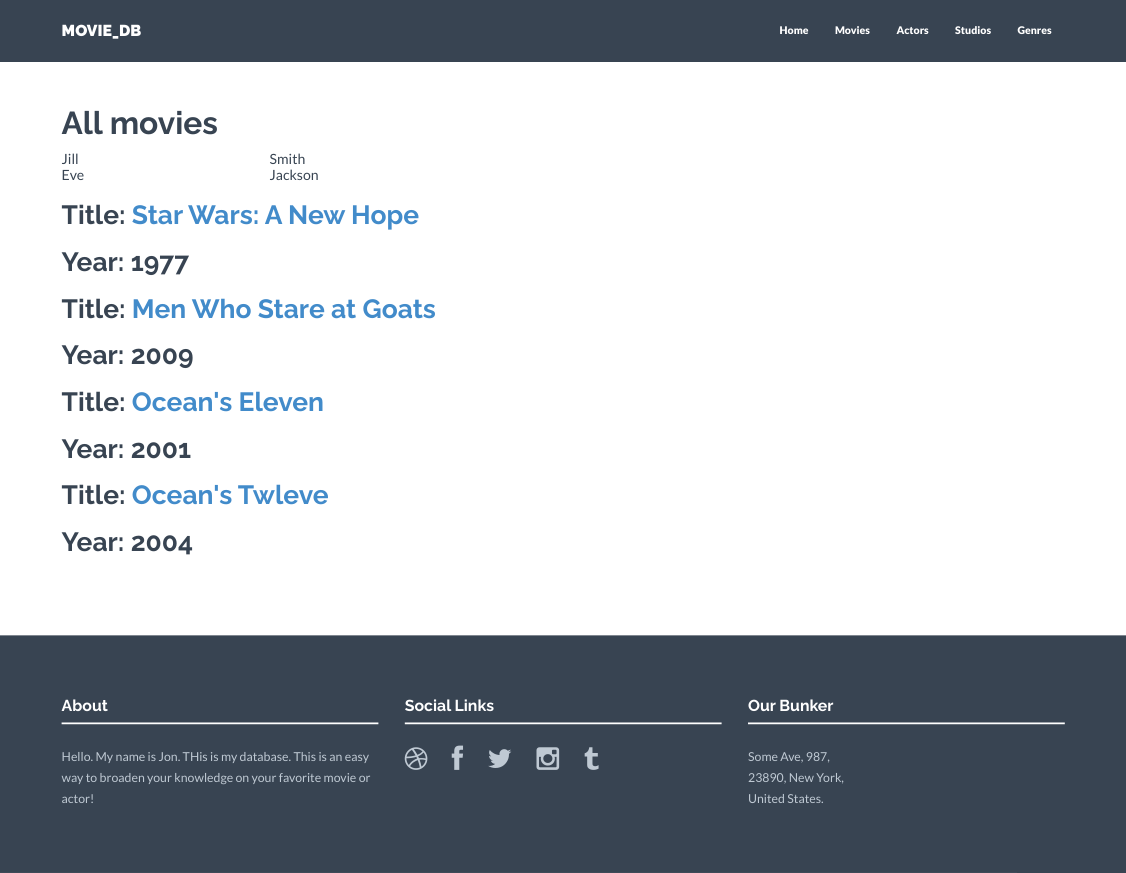
Repository: jonak91/Buzzerd-index
Page: http://localhost/movies.php
The author's editor kept a record of every edit. The page is drawn from the files as they stood at one moment, then again after the next edit.
The browser window is 1280 px wide. The pictures show the whole page, at 88% of full size.
Some web libraries are served in a nearby version. The page is run by PHP 8.4 with error messages shown; the project is at /var/www/html/. The database holds what the project's SQL file puts in it.

Above is the page before.
Not found: assets/js/modernizr.js

After the next edit:
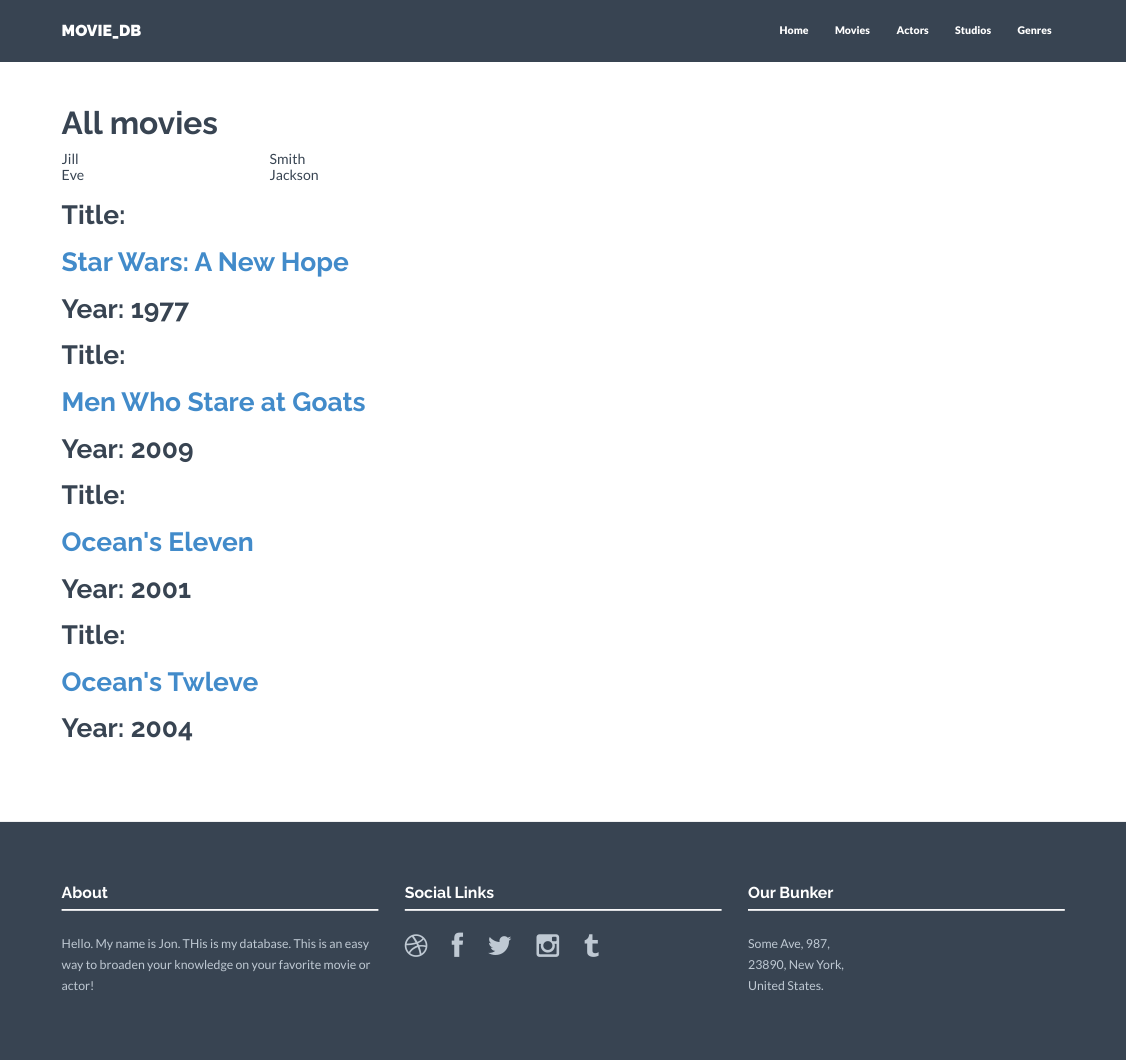
The edit:
--- a/movies.php
+++ b/movies.php
@@ -22,7 +22,8 @@
 		 		foreach ($movies as $movie) {
 		 		?>
 		 		<tr>
-		 		<td><h2>Title: <a href="movie.php?mID=<?php echo $movie['mID']; ?>"><?php echo $movie['title']; ?></a></h2>
+		 		<td><h2>Title:</h2></td>
+		 		<td><h2><a href="movie.php?mID=<?php echo $movie['mID']; ?>"><?php echo $movie['title']; ?></a></h2></td>
 		 		</tr>
 		 		<tr>
 		 		<h2>Year: <?php echo $movie['year_released']; ?></h2>
